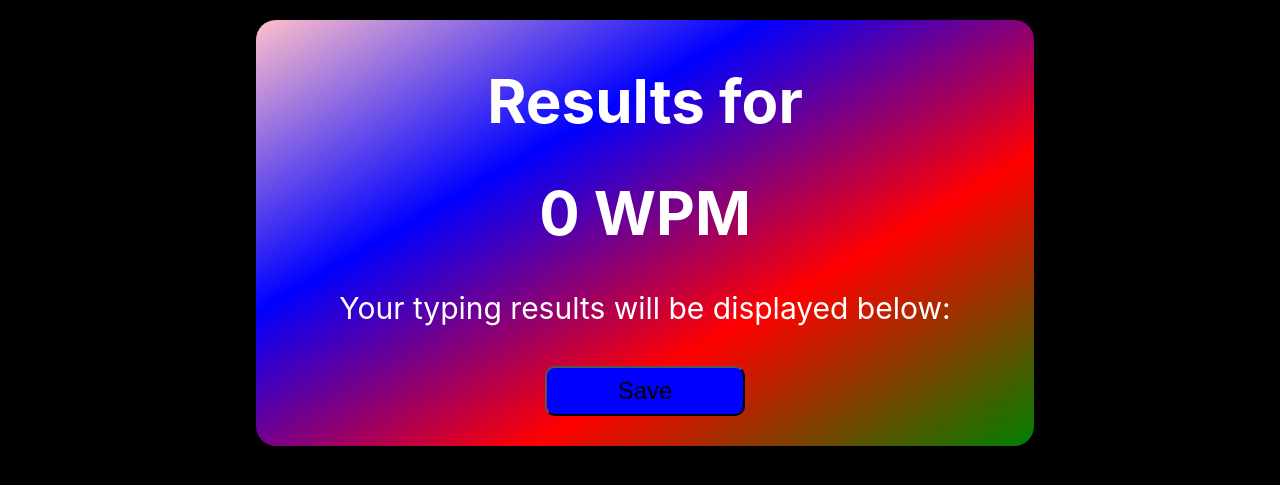
Repository: abhaysharma20233009/swiftKey
Page: /results (app in frontend/my-app/)
These files come from the project's save history. The page is drawn as it stood at one moment and after the next save; the edit follows.
The browser window is 1280 px wide. The pictures show the whole page.
The page's requests for data from a server got no answer. The project was rebuilt for these pictures with package versions that can differ from the ones it lists, and the page was loaded fresh each time. No one was signed in, and anything a server would have sent is missing. Also part of the build but not shown: frontend/my-app/src/Swifts.js, frontend/my-app/src/Login.js.

Above is the page before, as saved 2024-10-10 20:45:12.

After the next save:
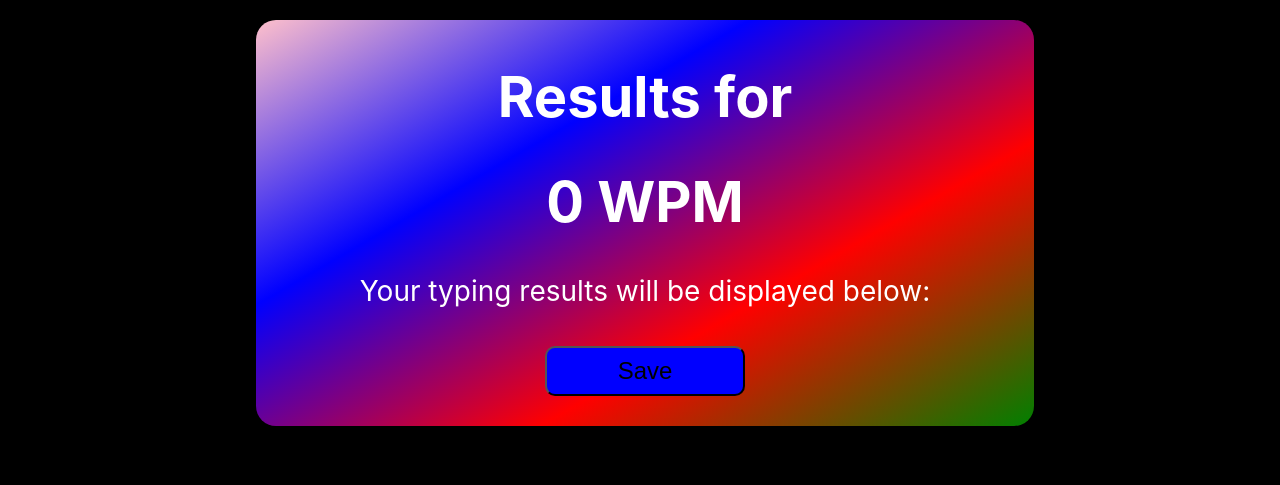
Saved 39 s later.
--- a/frontend/my-app/src/App.css
+++ b/frontend/my-app/src/App.css
@@ -59,7 +59,7 @@ body{
 }
 
 .form{
-  font-size: 30px;
+  font-size: 28px;
   margin-top:80px;
   padding:5px;
   background:linear-gradient(150deg,pink,blue,red,green);
